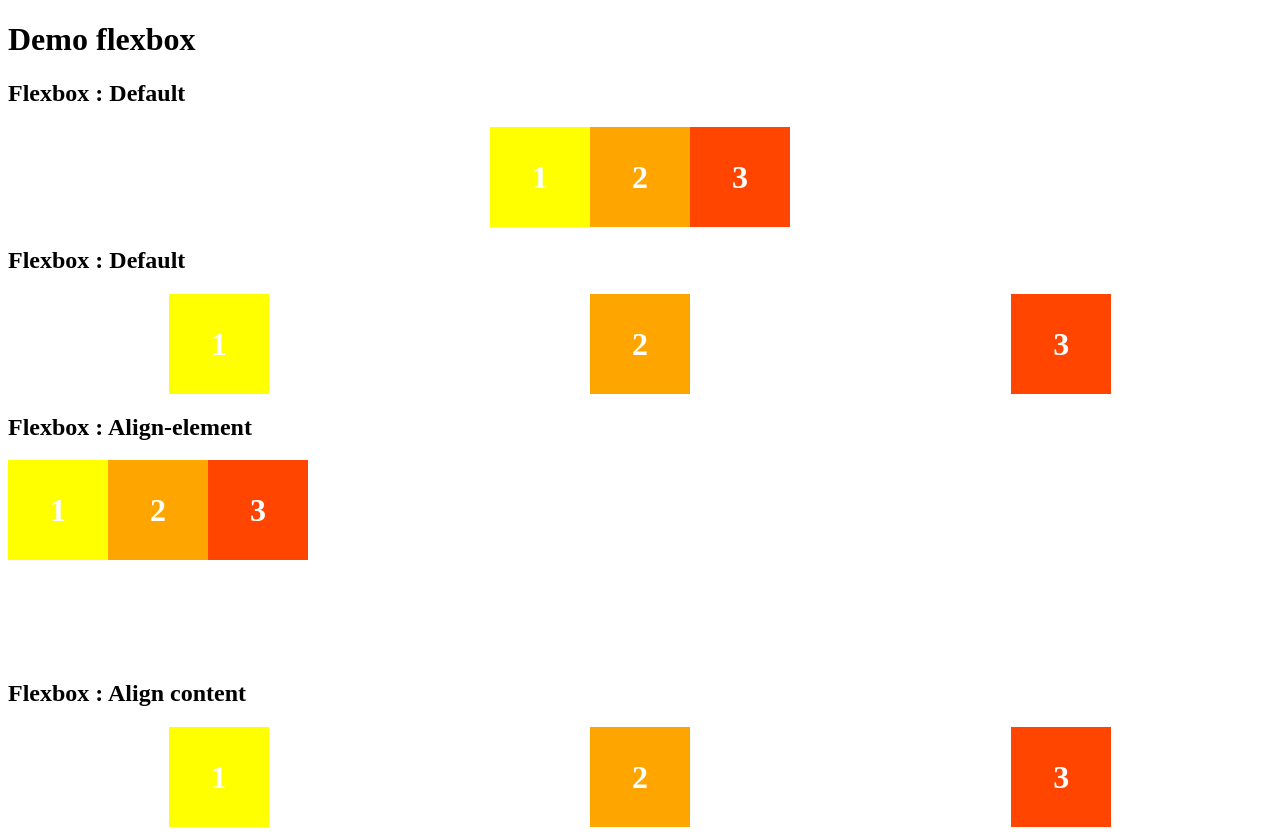
Repository: cvTuananh/Wed-famework
Page: Lab04/lab04/demo07.html
The author's editor kept a copy of each file at every save. The page is drawn from the files as they stood at one save, then again after a run of saves.
The browser window is 1280 px wide. The pictures show the whole page.

Above is the page before, as saved 2021-09-28 20:57:22.

### Lab04/lab04/demo07.html
<!DOCTYPE html>
<html lang="en">
<head>
    <meta charset="UTF-8">
    <meta http-equiv="X-UA-Compatible" content="IE=edge">
    <meta name="viewport" content="width=device-width, initial-scale=1.0">
    <title>Demo flexbox</title>
    <link rel="stylesheet" href="./css/demo06.css">
    <style>
        .box-item-1{background-color: yellow;}
        .box-item-2{background-color: orange;}
        .box-item-3{background-color:orangered;}

        .box *{
            color: #fff;
            width: 100px;
            height: 100px;
            text-align: center;
            line-height: 100px;
            font-size: 2em;
            font-weight: bold;
        }

        .box1{
            display: flex;
            /* justify-content: flex-end; */
            justify-content: center;

        }
        .box2{
            display: flex;
            justify-content: space-around;
        }
        .box3{
            display: flex;
            height: 200px;
            border: 2px ;
        }
        .box4{
            display: flex;
            justify-content: space-around;
        }

    </style>
</head>
<body>
    <h1>Demo flexbox</h1>
    <h2>Flexbox : Default</h2>
    <div class="box box1">
        <div class="box-item-1">1</div>
        <div class="box-item-2">2</div>
        <div class="box-item-3">3</div>
    </div>


    <h2>Flexbox : Default</h2>
    <div class="box box2">
        <div class="box-item-1">1</div>
        <div class="box-item-2">2</div>
        <div class="box-item-3">3</div>
    </div>
    <h2>Flexbox : Align-element</h2>
    <div class="box box3">
        <div class="box-item-1">1</div>
        <div class="box-item-2">2</div>
        <div class="box-item-3">3</div>
    </div>
    <h2>Flexbox : Align content</h2>
    <div class="box box4">
        <div class="box-item-1">1</div>
        <div class="box-item-2">2</div>
        <div class="box-item-3">3</div>
    </div>
</body>
</html>

Loaded but not shown: Lab04/lab04/css/demo06.css (no stored copy; drawn as an empty file)

After the next 4 saves:
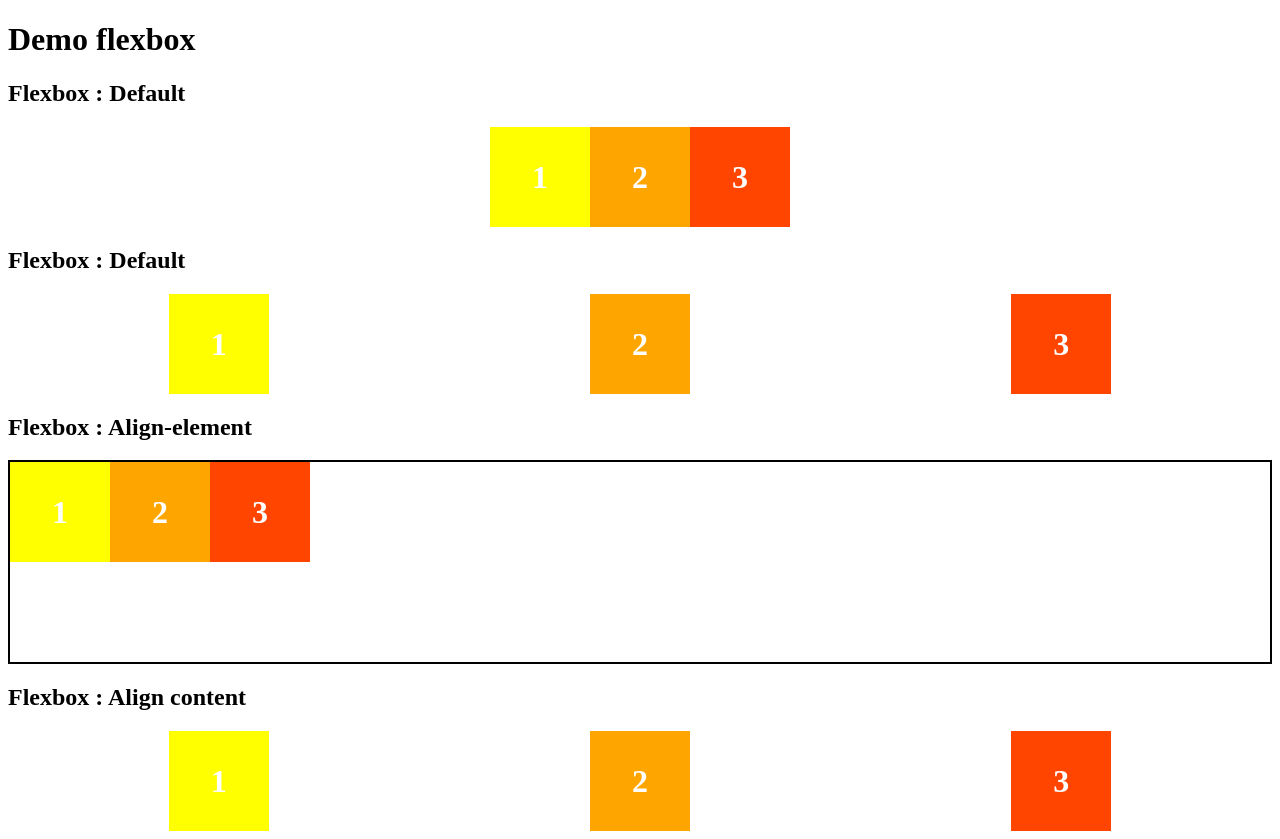
The 4 saves are shown as one change because they came seconds apart.
The last was saved 14 s later.
--- a/Lab04/lab04/demo07.html
+++ b/Lab04/lab04/demo07.html
@@ -34,7 +34,8 @@
         .box3{
             display: flex;
             height: 200px;
-            border: 2px ;
+            border: 2px solid black;
+            align-items: stretch;
         }
         .box4{
             display: flex;
